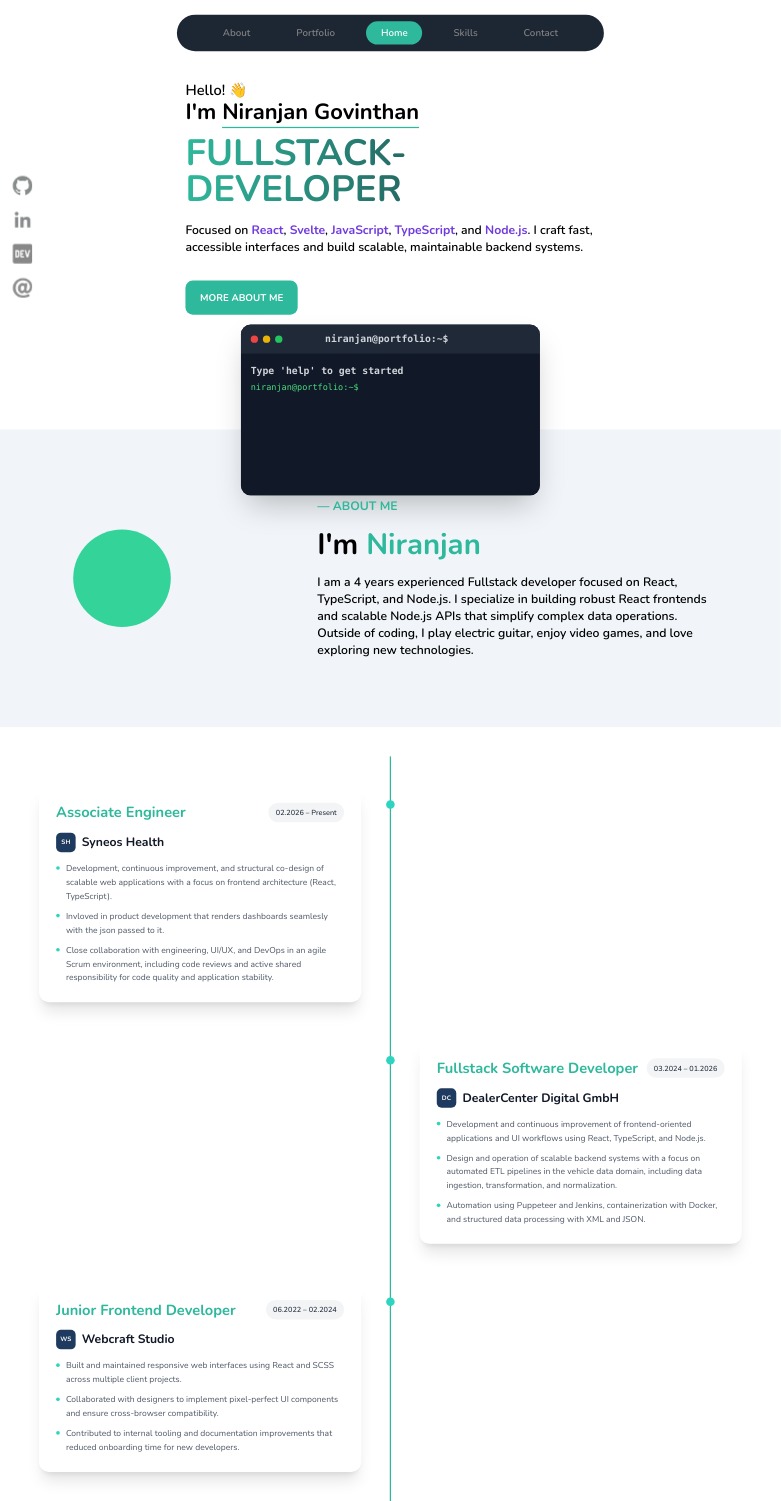
Repository: Niranjan-webdev/My-portfolio
Page: /
An editor plug-in stored every save of this project. The page is shown before and after the next save, followed by the edit.
The browser window is 1280 px wide. The pictures show the whole page, at 61% of full size.
The project was rebuilt for these pictures with package versions that can differ from the ones it lists, and the page was loaded fresh each time. Also part of the build but not shown: next.config.mjs.

Above is the page before, as saved 2026-03-21 12:17:34.

After the next save:
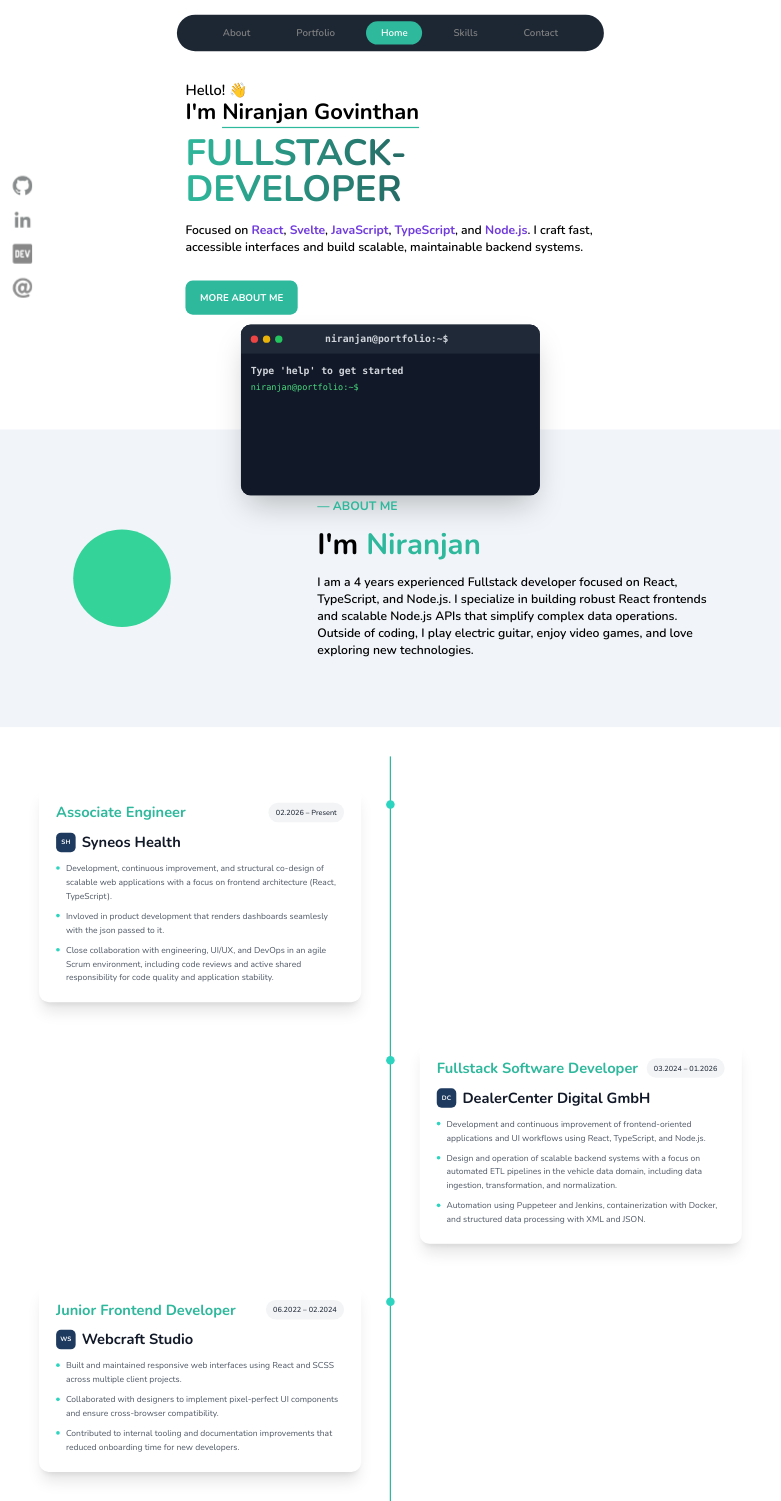
Saved 4 s later.
--- a/src/components/TimelineCard.js
+++ b/src/components/TimelineCard.js
@@ -20,7 +20,7 @@
           <div className="w-8 h-8 rounded-lg bg-[#1e3a5f] text-white text-[0.65rem] font-bold flex items-center justify-center tracking-wide shrink-0">
             {item.companyInitials}
           </div>
-          <span className="text-xl font-bold text-gray-900">{item.company}</span>
+          <span className="text-2xl font-bold text-gray-900">{item.company}</span>
         </div>
 
         {/* Bullets */}

After the save that followed:
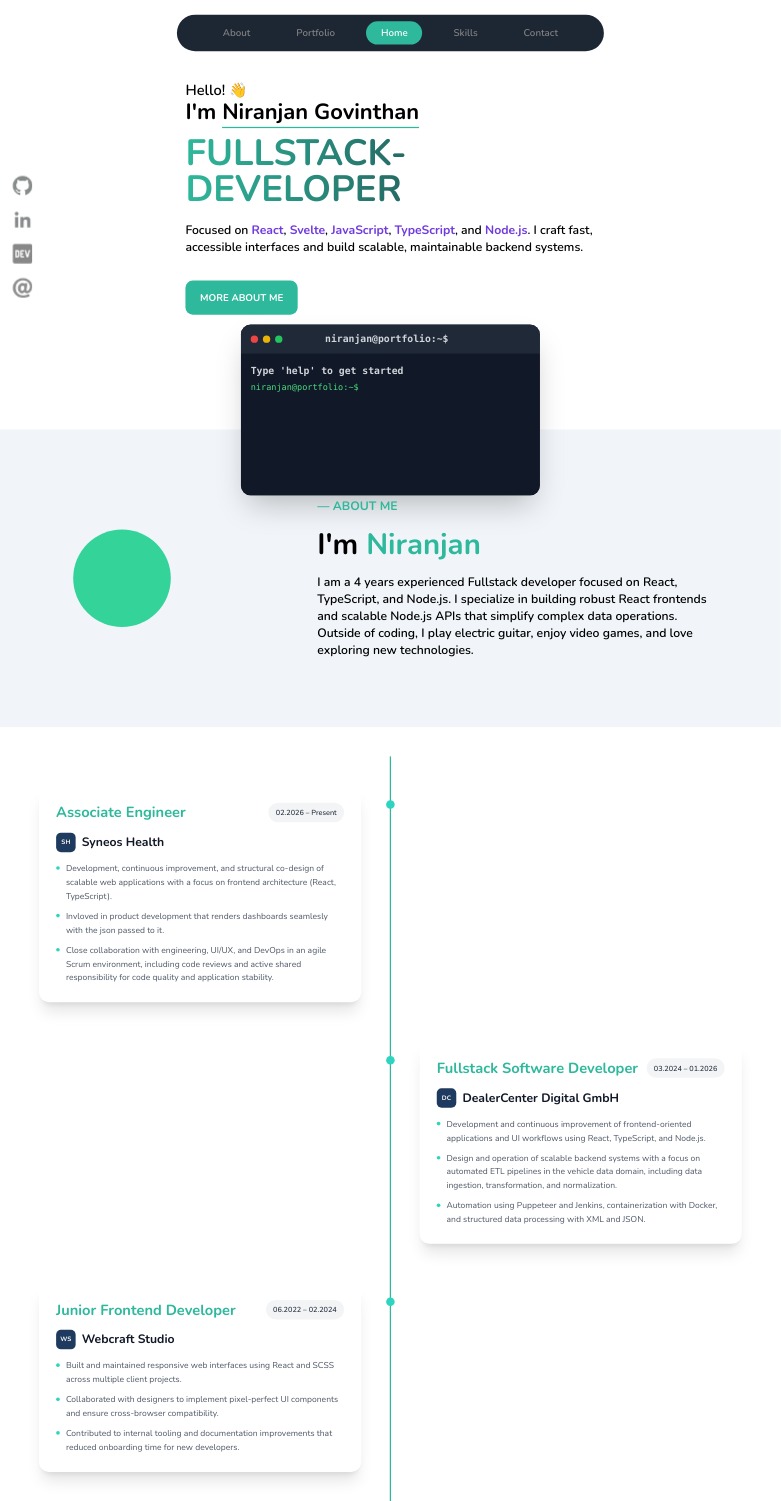
Saved 4 s later.
--- a/src/components/TimelineCard.js
+++ b/src/components/TimelineCard.js
@@ -20,7 +20,7 @@
           <div className="w-8 h-8 rounded-lg bg-[#1e3a5f] text-white text-[0.65rem] font-bold flex items-center justify-center tracking-wide shrink-0">
             {item.companyInitials}
           </div>
-          <span className="text-2xl font-bold text-gray-900">{item.company}</span>
+          <span className="text-xl font-bold text-gray-900">{item.company}</span>
         </div>
 
         {/* Bullets */}
